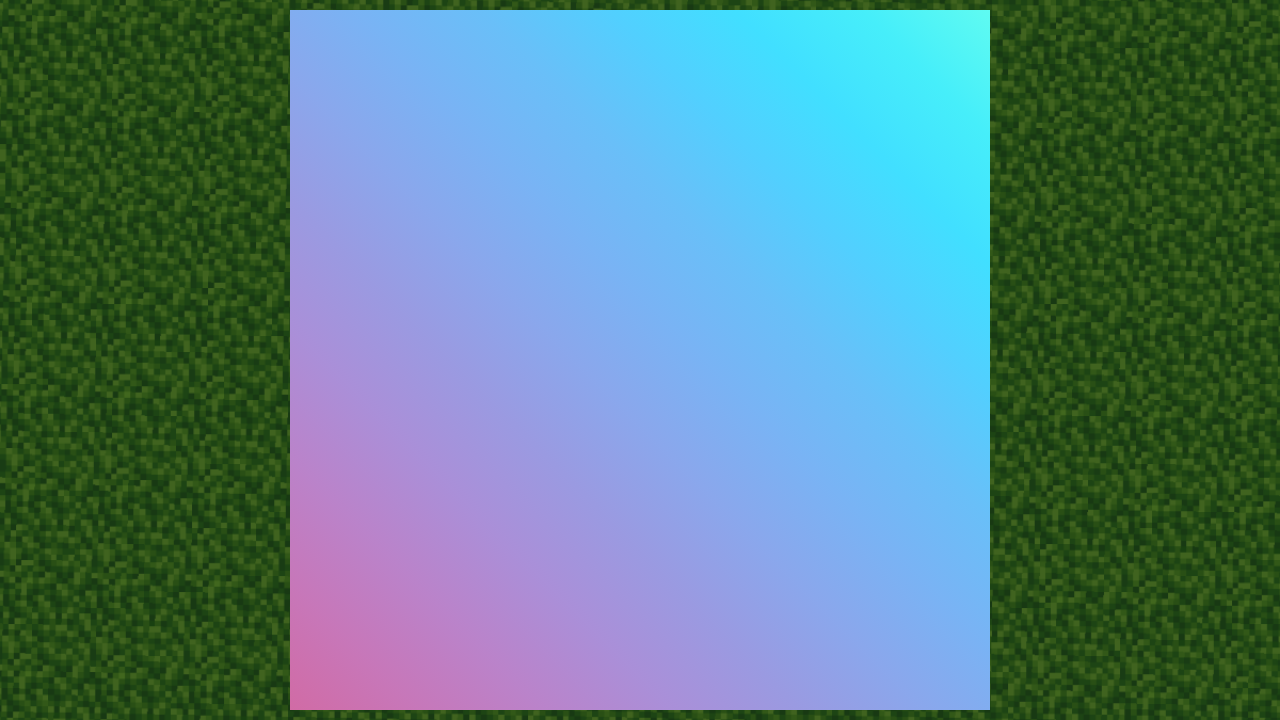
Repository: qtqqrdy13/game-snake
Page: index.html
The author's editor kept a copy of each file at every save. The page is drawn from the files as they stood at one save, then again after the next save.
The browser window is 1280 px wide. The pictures show the whole page.

Above is the page before, as saved 2023-11-03 12:18:16.

### index.html
<!DOCTYPE html>
<html lang="en">
<head>
    <meta charset="UTF-8">
    <meta name="viewport" content="width=device-width, initial-scale=1.0">
    <title>Гра на JavaScript</title>
    <link rel="stylesheet" href="style.css">
</head>
<body>
    <div class="game_container">
        <div class="snake"></div>
        <div class="food"></div>
    </div>
   <script src="script.js"></script>
</body>
</html>

### style.css
body{
    margin:0;
    padding: 0;
    display: flex;
    justify-content: center;
    align-items: center;
    min-height: 100vh;
    background-image:url(../img/ground.png);
    background-size: cover;
    background-repeat: no-repeat;
}
.game_container{
    height: 700px;
    width: 700px;
    background-image:linear-gradient(to right top, #d16ba5, #c777b9, #ba83ca, #aa8fd8, #9a9ae1, #8aa7ec, #79b3f4, #69bff8, #52cffe, #41dfff, #46eefa, #5ffbf1);

}

Loaded but not shown: script.js (no stored copy; drawn as an empty file)

After the next save:
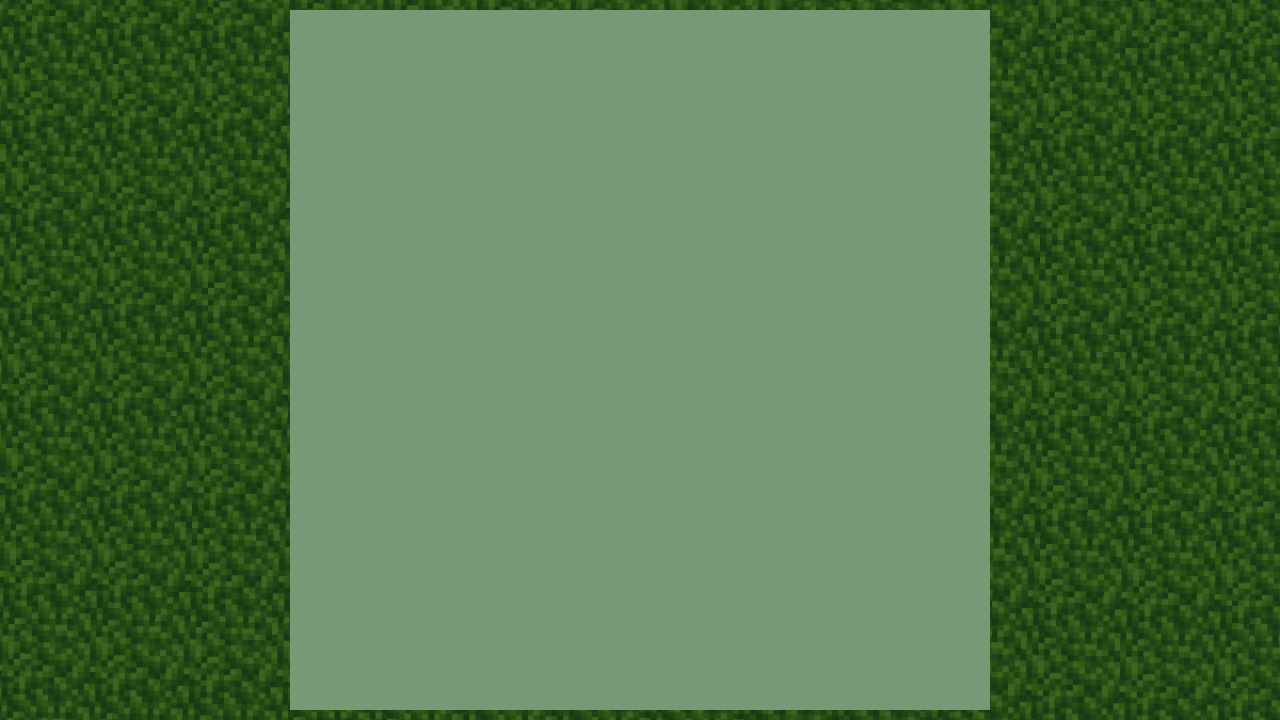
Saved 3 min 36 s later.
--- a/style.css
+++ b/style.css
@@ -12,6 +12,7 @@
 .game_container{
     height: 700px;
     width: 700px;
-    background-image:linear-gradient(to right top, #d16ba5, #c777b9, #ba83ca, #aa8fd8, #9a9ae1, #8aa7ec, #79b3f4, #69bff8, #52cffe, #41dfff, #46eefa, #5ffbf1);
+    background-color: #769A75;
+    position: relative;
 
 }
